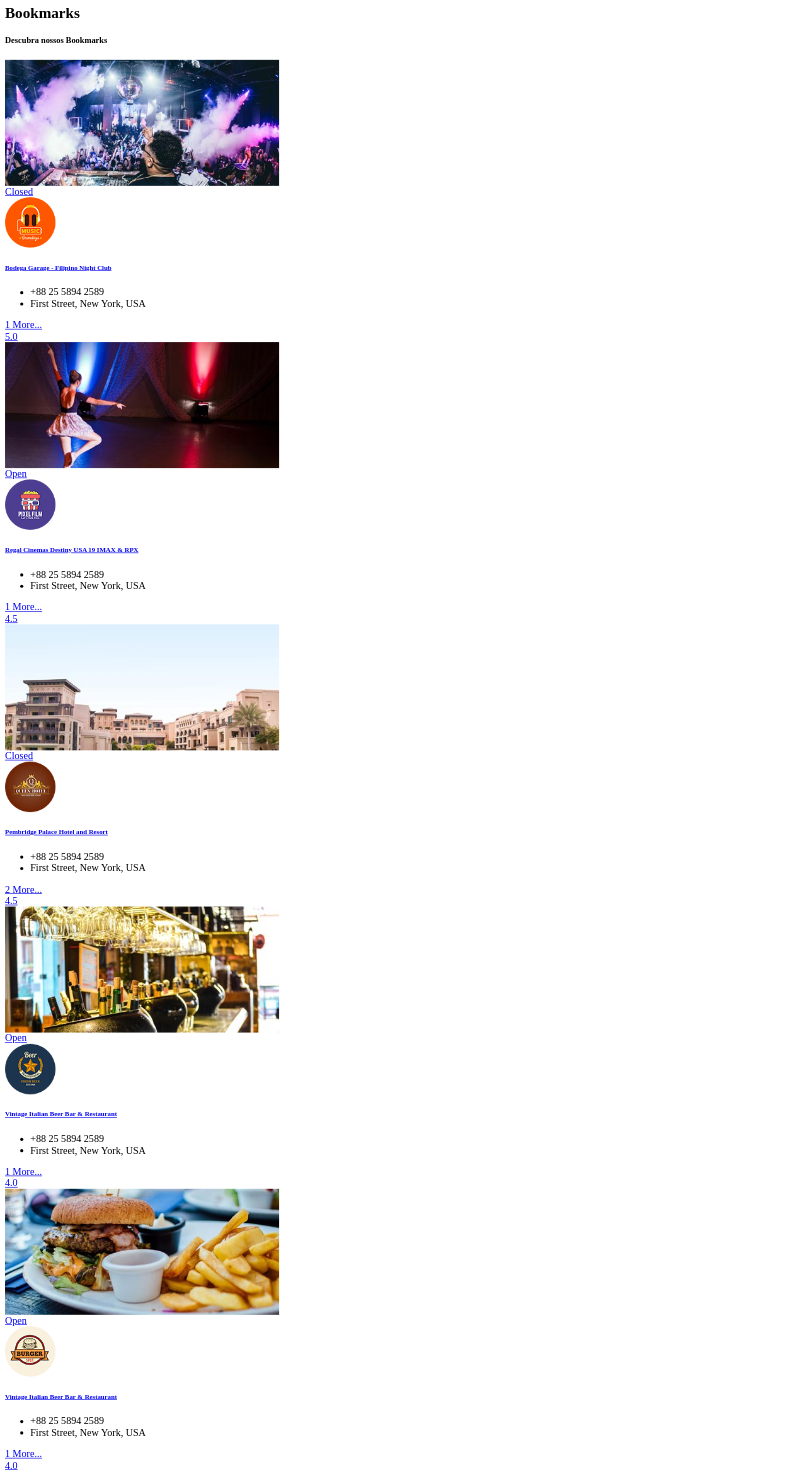
Repository: mateusfln/Finder
Page: http://localhost/tmp/plugins/Site/templates/element/bookmarkCard.php
An editor plug-in stored every save of this project. The page is shown before and after a run of saves, followed by the edit.
The browser window is 1280 px wide. The pictures show the whole page, at 63% of full size.
The page is run by PHP 8.4 with error messages shown; the project is at /var/www/html/.

Above is the page before, as saved 2024-02-12 14:01:51.

After the next 3 saves:
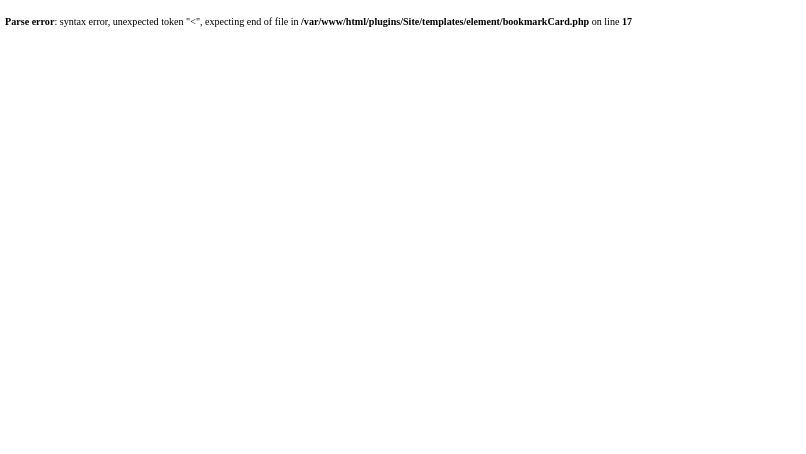
The 3 saves are shown as one change because they came seconds apart.
The last was saved 16 s later.
--- a/plugins/Site/templates/element/bookmarkCard.php
+++ b/plugins/Site/templates/element/bookmarkCard.php
@@ -13,7 +13,40 @@
             <div class="container-fluid px-0">
                 <div class="fullwidth-carousel-container center slider">
                     <div>
-
+                        <?
+                        <div class="card lis-brd-light text-center text-lg-left">
+                            <a href="#">
+                                <div class="lis-grediant grediant-tb-light2 lis-relative modImage rounded-top">
+                                    <img src="/images/img1.jpg" alt="" class="img-fluid rounded-top w-100" />
+                                </div>
+                                <div class="lis-absolute lis-right-20 lis-top-20">
+                                    <div class="lis-post-meta border border-white text-white rounded lis-f-14">Open</div>
+                                </div>
+                            </a>
+                            <div class="card-body pt-0">
+                                <div class="media d-block d-lg-flex lis-relative">
+                                    <img src="/images/card-logo.png" alt="" class="lis-mt-minus-15 img-fluid d-lg-flex mx-auto mr-lg-3 mb-4 mb-lg-0 border lis-border-width-2 rounded-circle border-white" width="80" />
+                                    <div class="media-body align-self-start mt-2">
+                                        <h6 class="mb-0 lis-font-weight-600"><A href="#" class="lis-dark">Chico Express Car Taxi and Limo Service</A></h6>
+                                    </div>
+                                </div>
+                                <ul class="list-unstyled my-4 lis-line-height-2">
+                                    <li><i class="fa fa-phone pr-2"></i> +88 25 5894 2589</li>
+                                    <li><i class="fa fa-map-o pr-2"></i> First Street, New York, USA</li>
+                                </ul>
+                                <div class="clearfix">
+                                    <div class="float-none float-lg-left mb-3 mb-lg-0 mt-1">
+                                        <A href="#" class="text-white"><i class="icofont icofont-travelling px-2 lis-bg5 py-2 lis-rounded-circle-50 lis-f-14"></i></A>
+                                        <A href="#" class="lis-id-info lis-light p-2 lis-rounded-circle-50 lis-f-14">1 More...</A>
+                                    </div>
+                                    <div class="float-none float-lg-right mt-1">
+                                        <A href="#" class="lis-light lis-f-14"><i class="fa fa-envelope-o lis-id-info  lis-rounded-circle-50 text-center"></i></A>
+                                        <A href="#" class="lis-light lis-f-14"><i class="fa fa-heart-o lis-id-info  lis-rounded-circle-50 text-center"></i></A>
+                                        <A href="#" class="lis-green-light text-white text-white p-2 lis-rounded-circle-50 lis-f-14 lis-line-height-2"><i class="fa fa-star"></i> 4.0</A>
+                                    </div>
+                                </div>
+                            </div>
+                        </div>
                     </div>
                     <div>
                         <div class="card lis-brd-light text-center text-lg-left">
